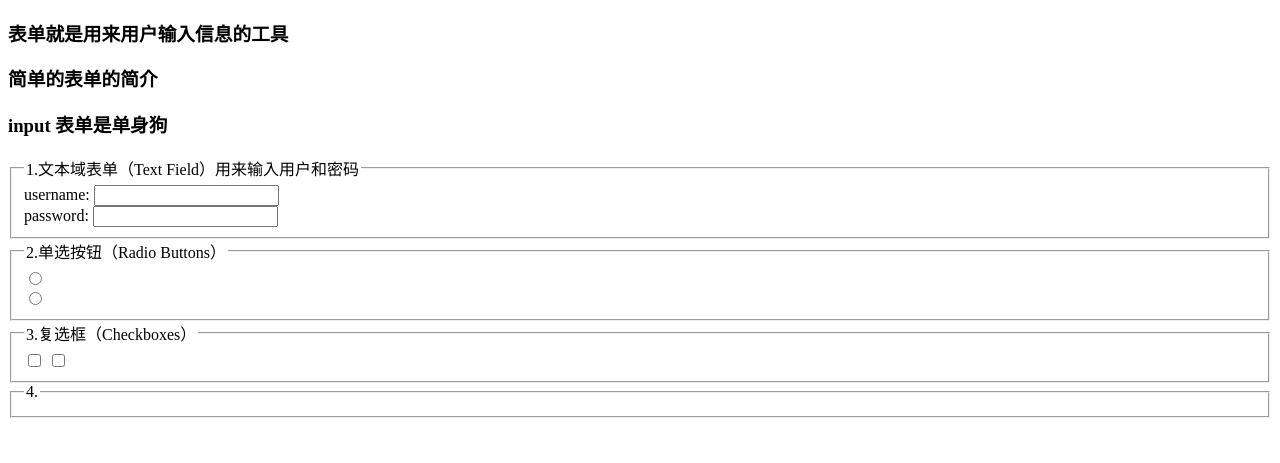
Repository: jarvanstack/vscode
Page: HTML/HTML中From表单.html
An editor plug-in stored every save of this project. The page is shown before and after the next save, followed by the edit.
The browser window is 1280 px wide. The pictures show the whole page.

Above is the page before, as saved 2020-06-11 09:50:32.

### HTML/HTML中From表单.html
<!DOCTYPE html>
<html lang="en">

<head>
    <meta charset="UTF-8">
    <meta name="viewport" content="width=device-width, initial-scale=1.0">
    <title>HTML中From表单</title>
</head>

<body>
    <h3>表单就是用来用户输入信息的工具</h3>
    <h3>简单的表单的简介</h3>
    <h3>input 表单是单身狗</h3>
    <form action="post">
        <fieldset>
            <legend>1.文本域表单（Text Field）用来输入用户和密码</legend>
            <span>
                username: <input type="text" name="username">
            </span>
            <br>
            <span>
                password: <input type="password" name="password">
            </span>
        </fieldset>
    </form>
    <form action="post">
        <fieldset>
            <legend>2.单选按钮（Radio Buttons）</legend>
            <span>
                <input type="radio" name="sex" value="男">
            </span>
            <br>
            <span>
                <input type="radio" name="sex" value="女">
            </span>
        </fieldset>
    </form>
    <form action="post">
        <fieldset>
            <legend>3.复选框（Checkboxes）</legend>
            <span>
                <input type="checkbox" name="like_things" value="apple" >
            </span>
            <span>
                <input type="checkbox" name="like_things" value="banana">
            </span>
        </fieldset>
    </form>
    <form action="post">
        <fieldset>
            <legend>4.</legend>
        </fieldset>
    </form>
</body>

</html>

After the next save:
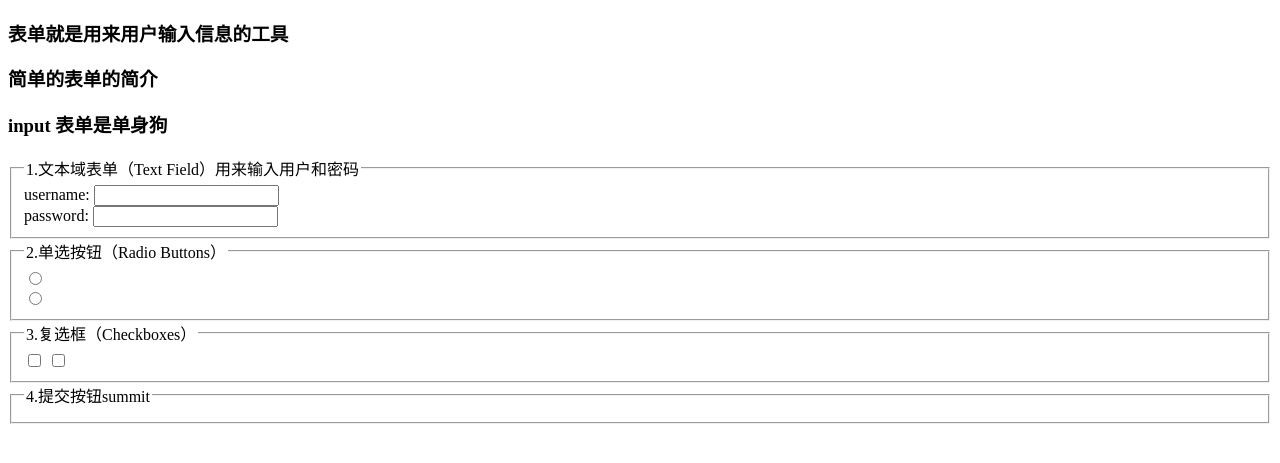
Saved 37 s later.
--- a/HTML/HTML中From表单.html
+++ b/HTML/HTML中From表单.html
@@ -48,7 +48,7 @@
     </form>
     <form action="post">
         <fieldset>
-            <legend>4.</legend>
+            <legend>4.提交按钮summit</legend>
         </fieldset>
     </form>
 </body>
